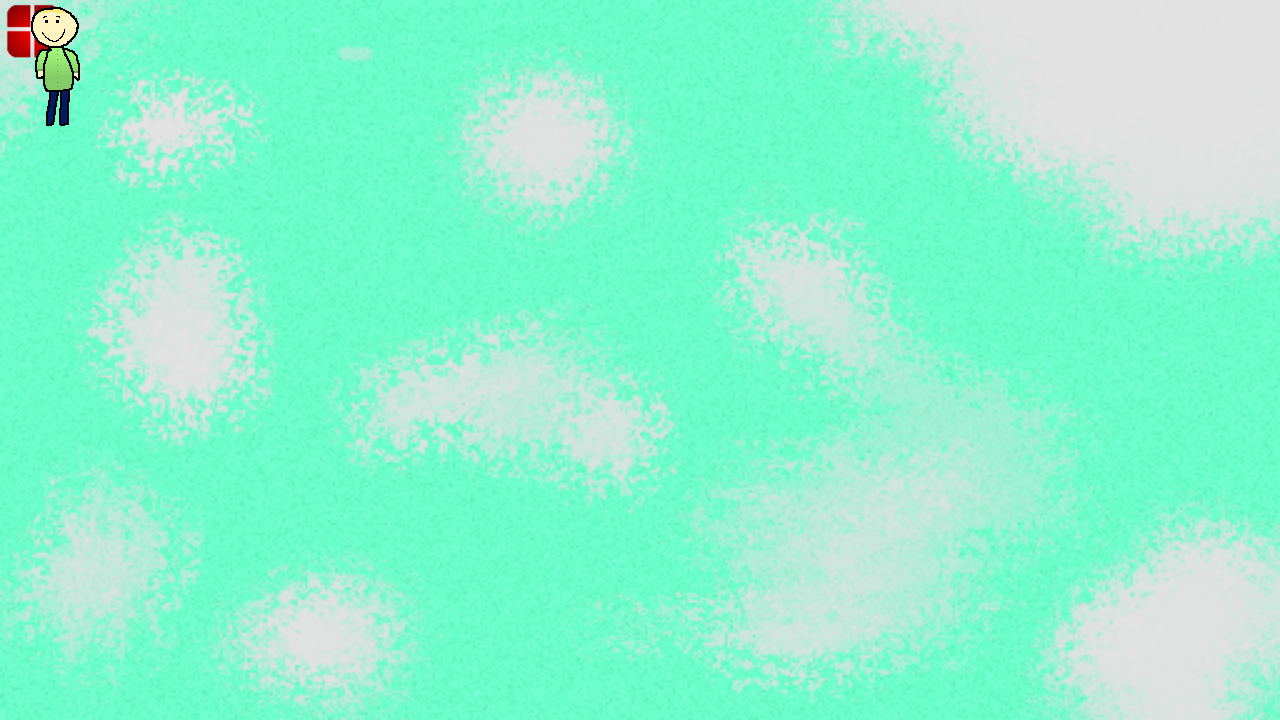
Repository: Evanechecssss/LoveTest
Page: game/level1.html
These files come from the project's save history. The page is drawn as it stood at one moment and after the next save; the edit follows.
The browser window is 1280 px wide. The pictures show the whole page.

Above is the page before, as saved 2021-12-30 10:48:11.

After the next save:
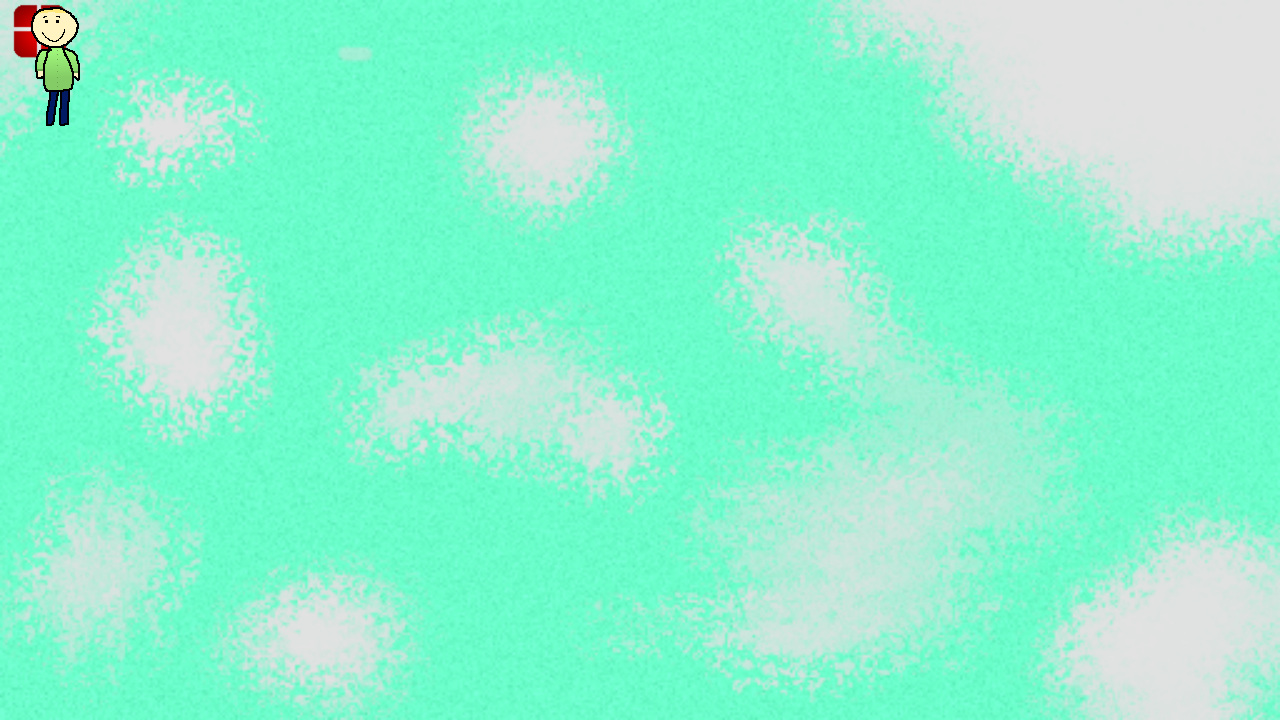
Saved 62 s later.
--- a/game/level1.html
+++ b/game/level1.html
@@ -65,7 +65,9 @@
             return document.getElementById("hero_img");
 
         }
-
+        function randomFromInterval() {
+            return Math.floor(Math.random() * 98) + 2
+        }
         /* HANDLERS */
         document.addEventListener('keyup', function (event) {
             if (event.code == 'KeyW' && d != -1) {
@@ -194,7 +196,7 @@
                 for (var i = 0; i < presents.length; i++) {
                     var pI = new Image();
                     pI.addEventListener('load', function () {
-                        ctx.drawImage(pI, 0, 0, 100, 100);
+                        ctx.drawImage(pI, pI.x + presentOffsetX, 0, 100, 100);
 
                     }, false);
                     pI.src = skin_presents[0];
